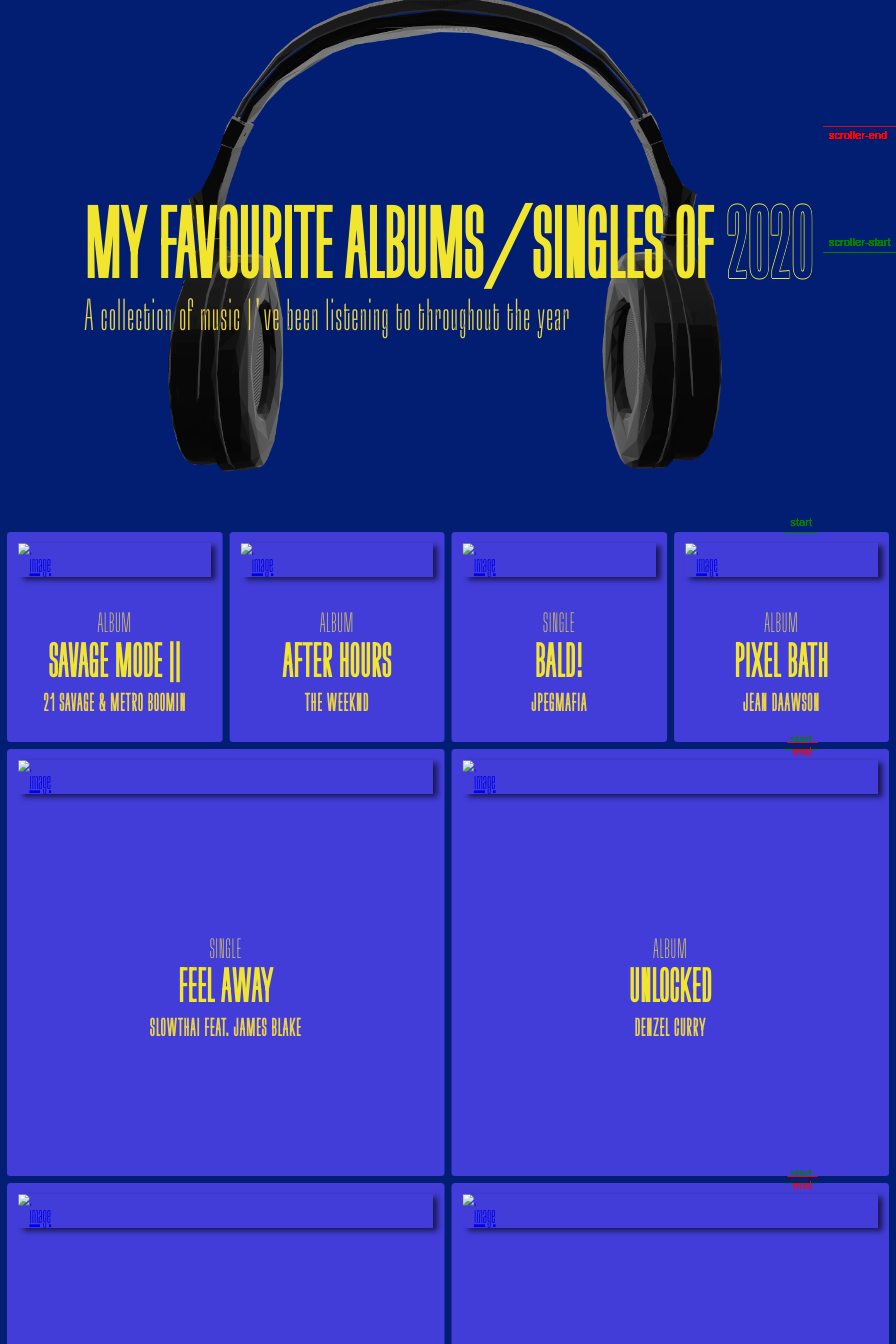
Repository: Spreceriany/musicly2020
Page: /
The author's editor kept a copy of each file at every save. The page is drawn from the files as they stood at one save, then again after the next save.
The browser window is 1280 px wide. The pictures show the part of the page from y = 0 to 1920 px (the page is 6056 px tall before and 6055 px after), at 70% of full size.
Backgrounds fixed to the window are drawn as part of the page. Some web libraries are served in a nearby version. The project was rebuilt for these pictures with package versions that can differ from the ones it lists, and the page was loaded fresh each time.

Above is the page before, as saved 2021-01-18 15:43:56.
Console error: ReferenceError: Blazy is not defined

### index.html
<!doctype html>
<html class="no-js" lang="">

<head>
  <meta charset="utf-8">
  <title></title>
  <meta name="description" content="">
  <meta name="viewport" content="width=device-width, initial-scale=1">

  <meta property="og:title" content="">
  <meta property="og:type" content="">
  <meta property="og:url" content="">
  <meta property="og:image" content="">

  <link rel="manifest" href="site.webmanifest">
  <link rel="apple-touch-icon" href="icon.png">
  <!-- Place favicon.ico in the root directory -->

  <link rel="stylesheet" href="css/main.css">

  <meta name="theme-color" content="#fafafa">
</head>

<body>

  <div class="intro-wrapper">
    <div class="intro-bg" id="intro-bg">

    </div>
    <h3 id="title">
      My favourite albums/singles of <span class="year">2020</span>
    </h3>
    <p id="title-desc">
      A collection of music I've been listening to throughout the year
    </p>
  </div>

  <div class="grid-layout">
    <div class="grid-item grid-item-1">
      <div class="image-container  data-tilt data-tilt-glare data-tilt-max-glare="0.8"">

        <a href="https://open.spotify.com/album/6wTyGUWGCilBFZ837k5aRi">
          <img data-src="img/21savage.jpg" class="b-lazy" alt="image">
        </a>
      </div>
      <div class="album-disc">
        <a href="https://open.spotify.com/album/6wTyGUWGCilBFZ837k5aRi">
          <p>Album</p>
          <h2>Savage Mode ||</h2>
          <h3>21 Savage & Metro Boomin</h3>
        </a>
      </div>
    </div>
    <div class="grid-item grid-item-2 ">
      <div class="image-container data-tilt-glare ">
        <a href="https://open.spotify.com/album/4yP0hdKOZPNshxUOjY0cZj">
        <img data-src="img/Weekend-After-Hours-p.jpg" alt="image" class="b-lazy">
      </a>
      </div>
      <div class="album-disc">
        <a href="https://open.spotify.com/album/4yP0hdKOZPNshxUOjY0cZj">
        <p>Album</p>
        <h2>After Hours</h2>
        <h3>The Weeknd</h3>
      </a>
      </div>
    </div>

    <div class="grid-item grid-item-4">
      <div class="image-container">
        <a href="https://open.spotify.com/album/7h4cJfXQZMUCzHdqh25ye6?highlight=spotify:track:5QAUGlyYPPnis3e8ln0qiz">
        <img data-src="img/jpegmafia.jpg" class="b-lazy"  alt="image" >
      </a>
      </div>
      <div class="album-disc">
        <a href="https://open.spotify.com/album/7h4cJfXQZMUCzHdqh25ye6?highlight=spotify:track:5QAUGlyYPPnis3e8ln0qiz">
        <p>Single</p>
        <h2>BALD!</h2>
        <h3>JPEGMAFIA</h3>
        </a>
      </div>
    </div>
    <div class="grid-item span-2 grid-item-5">
      <div class="image-container">
        <a href="https://open.spotify.com/album/3dkB97Zw0sisRWTn0Wokjg?highlight=spotify:track:20wMPnqHdNdBWaKRaMM7fD">
        <img data-src="img/slowthai-feel-away.jpg" class="b-lazy" alt="image" >
      </a>
      </div>
      <div class="album-disc">
        <a href="https://open.spotify.com/album/3dkB97Zw0sisRWTn0Wokjg?highlight=spotify:track:20wMPnqHdNdBWaKRaMM7fD">
        <p>Single</p>
        <h2>Feel Away</h2>
        <h3>Slowthai feat. James Blake</h3>
      </a>
      </div>
    </div>
    <div class="grid-item grid-item-6">
      <div class="image-container">
        <a href="https://open.spotify.com/album/121Hqnfr9tMBdL0LJuIstL">
        <img data-src="img/dawson.jpg" class="b-lazy"  alt="image" >
      </a>
      </div>
      <div class="album-disc">
        <a href="https://open.spotify.com/album/121Hqnfr9tMBdL0LJuIstL">
        <p>Album</p>
        <h2>Pixel Bath</h2>
        <h3>Jean Daawson</h3>
      </a>
      </div>
    </div>
    <div class="grid-item span-2 grid-item-7">
      <div class="image-container">
        <a href="https://open.spotify.com/album/5LsyqeWryTmxsmda4xkm5a">
        <img data-src="img/denzel.jpg" class="b-lazy"  alt="image" >
      </a>
      </div>
      <div class="album-disc">
        <a href="https://open.spotify.com/album/5LsyqeWryTmxsmda4xkm5a">
        <p>Album</p>
        <h2>UNLOCKED</h2>
        <h3>Denzel Curry</h3>
      </a>
      </div>
    </div>
    <div class="grid-item span-2 grid-item-8">
      <div class="image-container">
        <a href="https://open.spotify.com/album/1YZ3k65Mqw3G8FzYlW1mmp">
        <img data-src="img/circles.jpeg" class="b-lazy" alt="image" >
      </a>
      </div>
      <div class="album-disc">
        <a href="https://open.spotify.com/album/1YZ3k65Mqw3G8FzYlW1mmp">
        <p>Album</p>
        <h2>Circles</h2>
        <h3>Mac Miller</h3>
      </a>
      </div>
    </div>
    <div class="grid-item span-2 grid-item-9">

      <div class="image-container">
        <a href="https://open.spotify.com/album/31qVWUdRrlb8thMvts0yYL">
        <img data-src="img/tame_impala.jpg" class="b-lazy" alt="image" >
      </a>
      </div>
      <div class="album-disc">
        <a href="https://open.spotify.com/album/31qVWUdRrlb8thMvts0yYL">
        <p>Album</p>
        <h2>Slow Rush</h2>
        <h3>Tame Impala</h3>
      </a>
      </div>
    </div>
    <div class="grid-item grid-item-10">

      <div class="image-container">
        <a href="https://open.spotify.com/album/3SucuvOplRzjCm602c5XuK">
         <img data-src="img/berwyn.jpg" class="b-lazy" alt="image" >
        </a>
      </div>
      <div class="album-disc">
        <a href="https://open.spotify.com/album/3SucuvOplRzjCm602c5XuK">
        <p>Album</p>
        <h2>Demotape/Vega</h2>
        <h3>Berwyn</h3>
      </a>
      </div>

    </div>
    <div class="grid-item grid-item-11 span-2">
      <div class="image-container">
        <a href="https://open.spotify.com/album/66eXLlqksAwNndmHaHWtCq">
        <img data-src="img/clams_casino.jpg" class="b-lazy" alt="image" >
      </a>
      </div>
      <div class="album-disc">
        <a href="https://open.spotify.com/album/66eXLlqksAwNndmHaHWtCq">
        <p>Album</p>
        <h2>Intrumental Relics</h2>
        <h3>Clams Casino</h3>
      </a>
      </div>
    </div>
    <div class="grid-item span-2 grid-item-12">
      <div class="image-container">
        <a href="https://open.spotify.com/album/5I9K0u8r52jp4Y2bF8mOaz">
        <img data-src="img/gorillaz.jpg" class="b-lazy" alt="image" >
      </a>
      </div>
      <div class="album-disc">
        <a href="https://open.spotify.com/album/5I9K0u8r52jp4Y2bF8mOaz">
        <p>Album</p>
        <h2>Song Machine, Season One: Strange Timez</h2>
        <h3>Gorillaz</h3>
      </a>
      </div>
    </div>
    <div class="grid-item  grid-item-13">
      <div class="image-container">
        <a href="https://open.spotify.com/album/4XPUXLAWXqM3uWMTucItjd?highlight=spotify:track:62ljuuXo0zrcrtJnnOhfxT">
        <img data-src="img/dearapril.jpg" class="b-lazy" alt="image" >
      </a>
      </div>
      <div class="album-disc">
        <a href="https://open.spotify.com/album/4XPUXLAWXqM3uWMTucItjd?highlight=spotify:track:62ljuuXo0zrcrtJnnOhfxT">
        <p>Single</p>
        <h2>Dear April</h2>
        <h3>Frank Ocean</h3>
      </a>
      </div>
    </div>
    <div class="grid-item grid-item-14">
      <div class="image-container">
        <a href="https://open.spotify.com/album/0FAWfXvd58Rm2VUSZMF8pr">
        <img data-src="img/frank_cayendo.jpg" class="b-lazy"  alt="image" >
      </a>
      </div>
      <div class="album-disc">
        <a href="https://open.spotify.com/album/0FAWfXvd58Rm2VUSZMF8pr">
        <p>Single</p>
        <h2>Cayendo</h2>
        <h3>Frank Ocean</h3>
      </a>
      </div>
    </div>
    <div class="grid-item grid-item-15">
      <div class="image-container">
        <a href="https://open.spotify.com/album/7ks5r98qyspJvfoJtXgdj4?highlight=spotify:track:2nSKol7UyxwffI6jLYTuUd">
        <img data-src="img/guapdad.png" class="b-lazy" alt="image" >
      </a>
      </div>
      <div class="album-disc">
        <a href="https://open.spotify.com/album/7ks5r98qyspJvfoJtXgdj4?highlight=spotify:track:2nSKol7UyxwffI6jLYTuUd">
        <p>Single</p>
        <h2>Lil Scammer That Could</h2>
        <h3>Guapdad 4000 feat. Denzel Curry</h3>
      </a>
      </div>
    </div>
    <div class="grid-item grid-item-16">
      <div class="image-container">
        <a href="https://open.spotify.com/album/5971dUyMLcsZa7IBioI7lP?highlight=spotify:track:1iUWofqtdh9FLzZooLBDw2">
        <img data-src="img/headie.jpg" class="b-lazy" alt="image" >
      </a>
      </div>
      <div class="album-disc">
        <a href="https://open.spotify.com/album/5971dUyMLcsZa7IBioI7lP?highlight=spotify:track:1iUWofqtdh9FLzZooLBDw2">
        <p>Album</p>
        <h2>GANG</h2>
        <h3>Headie One</h3>
      </a>
      </div>
    </div>
    <div class="grid-item span-3 grid-item-17">
      <div class="image-container">
        <a href="https://open.spotify.com/album/7saSlN9qdW5wKoN4M9nNRq">
        <img data-src="img/james-blake.jpg" class="b-lazy" alt="image" >
      </a>
      </div>
      <div class="album-disc">
        <a href="https://open.spotify.com/album/7saSlN9qdW5wKoN4M9nNRq">
        <p>Ep</p>
        <h2>Covers</h2>
        <h3>James Blake</h3>
      </a>
      </div>
    </div>
    <div class="grid-item grid-item-18">
      <div class="image-container">
        <a href="https://open.spotify.com/album/5o5xRlwkhpipPC0jGi2Sm2">
        <img data-src="img/jme.jpg" class="b-lazy" alt="image" >
      </a>
      </div>
      <div class="album-disc">
        <a href="https://open.spotify.com/album/5o5xRlwkhpipPC0jGi2Sm2">
        <p>Album</p>
        <h2>Grime MC</h2>
        <h3>JME</h3>
      </a>
      </div>
    </div>
    <div class="grid-item grid-item-19">
      <div class="image-container">
        <a href="">
        <img data-src="img/lute.jpg" class="b-lazy" alt="image" >
      </a>
      </div>
      <div class="album-disc">
        <a href="">
        <p>Single</p>
        <h2>Life</h2>
        <h3>Lute</h3>
      </a>
      </div>
    </div>

    <div class="grid-item  grid-item-21">
      <div class="image-container">
        <a href="https://open.spotify.com/album/4SnWrk06dIt4ynFRLpNX6e">
        <img data-src="img/mick.png" class="b-lazy" alt="image" >
      </a>
      </div>
      <div class="album-disc">
        <a href="https://open.spotify.com/album/4SnWrk06dIt4ynFRLpNX6e">
        <p>Album</p>
        <h2>The Circus</h2>
        <h3>Mick Jenkins</h3>
      </a>
      </div>

    </div>
    <div class="grid-item span-2 grid-item-20">
      <div class="image-container">
        <a href="https://open.spotify.com/album/6a8GwYiEMrXgMvZBvuBXrt">
        <img data-src="img/limbo_amine.jpg" class="b-lazy" alt="image" >
      </a>
      </div>
      <div class="album-disc">
        <a href="https://open.spotify.com/album/6a8GwYiEMrXgMvZBvuBXrt">
        <p>Album</p>
        <h2>Limbo</h2>
        <h3>Amine</h3>
      </a>
      </div>
    </div>
    <div class="grid-item span-2 grid-item-22">
      <div class="image-container">
        <a href="https://open.spotify.com/album/35CHoLB0GEwYlOomriifC6">
        <img data-src="img/moses.jpg" class="b-lazy" alt="image" >
      </a>
      </div>
      <div class="album-disc">
        <a href="https://open.spotify.com/album/35CHoLB0GEwYlOomriifC6">
        <p>Album</p>
        <h2>grae</h2>
        <h3>Moses Sumney</h3>
      </a>
      </div>
    </div>
    <div class="grid-item grid-item-23">
      <div class="image-container">
        <a href="">
        <img data-src="img/mustafa.png" class="b-lazy" alt="image" >
      </a>
      </div>
      <div class="album-disc">
        <a href="">
        <p>Single</p>
        <h2>Air Forces</h2>
        <h3>Mustafa</h3>
      </a>
      </div>
    </div>
    <div class="grid-item grid-item-24">
      <div class="image-container">
        <a href="">
        <img data-src="img/platinum falcon.jpg" class="b-lazy" alt="image" >
      </a>
      </div>
      <div class="album-disc">
        <a href="">
        <p>Album</p>
        <h2>Platinum Falcon</h2>
        <h3>Guapdad 4000</h3>
      </a>
      </div>
    </div>
    <div class="grid-item span-2 grid-item-25">
      <div class="image-container">
        <a href="">
        <img data-src="img/motm3.jpg" class="b-lazy" alt="image" >
      </a>
      </div>
      <div class="album-disc">
        <a href="">
        <p>Album</p>
        <h2>Man on the Moon 3</h2>
        <h3>Kid Cudi</h3>
      </a>
      </div>
    </div>
    <div class="grid-item  grid-item-26">
      <div class="image-container">
        <a href="">
        <img data-src="img/yung_lean.png" class="b-lazy"   alt="image" >
      </a>
      </div>
      <div class="album-disc">
        <a href="">
        <p>Album</p>
        <h2>Starz</h2>
        <h3>Yung Lean</h3>
      </a>
      </div>
    </div>
    <div class="grid-item  grid-item-26">
      <div class="image-container">
        <a href="">
        <img data-src="img/tobi.jpg" class="b-lazy"  alt="image" >
      </a>
      </div>
      <div class="album-disc">
        <a href="">
        <p>EP</p>
        <h2>LINGO STARR</h2>
        <h3>tobi lou</h3>
      </a>
      </div>
    </div>
    <div class="grid-item  grid-item-26">
      <div class="image-container">
        <a href="">
        <img data-src="img/whiterose.jpg" class="b-lazy"  alt="image" >
      </a>
      </div>
      <div class="album-disc">
        <a href="">
        <p>Album</p>
        <h2>white ceiling</h2>
        <h3>whiterosemoxie</h3>
      </a>
      </div>
    </div>
    <div class="grid-item span-2 grid-item-26">
      <div class="image-container">
        <a href="">
        <img data-src="img/spiligion.png" class="b-lazy" alt="image" >
      </a>
      </div>
      <div class="album-disc">
        <a href="">
        <p>Album</p>
        <h2>Spligion</h2>
        <h3>Spillage Village</h3>
      </a>
      </div>
    </div>
    <div class="grid-item  grid-item-26">
      <div class="image-container">
        <a href="">
        <img data-src="img/kota.jpg" class="b-lazy" alt="image" >
      </a>
      </div>
      <div class="album-disc">
        <a href="">
        <p>Album</p>
        <h2>EVERYTHING</h2>
        <h3>Kota the Friend</h3>
      </a>
      </div>
    </div>
    <div class="grid-item  grid-item-26">
      <div class="image-container">
        <a href="">
        <img data-src="img/rapper-weed.jpg" class="b-lazy" alt="image" >
      </a>
      </div>
      <div class="album-disc">
        <a href="">
        <p>Single</p>
        <h2>Rapper Weed</h2>
        <h3>SiR</h3>
      </a>
      </div>
    </div>
    <div class="grid-item span-2 grid-item-27">
      <div class="image-container">
        <a href="">
        <img data-src="img/strokes.jpg" class="b-lazy"  alt="image" >
      </a>
      </div>
      <div class="album-disc">
        <a href="">
        <p>Album</p>
        <h2>The New Abnormal</h2>
        <h3>The Strokes</h3>
      </a>
      </div>
    </div>



  </div>




  <script src="js/vendor/modernizr-3.11.2.min.js"></script>
  <script src="js/plugins.js"></script>
  <script async src="js/main.js"></script>
  <script src="js/blazy.js"></script>
  <script src="https://cdnjs.cloudflare.com/ajax/libs/gsap/3.6.0/gsap.min.js"></script>
  <script src="https://cdnjs.cloudflare.com/ajax/libs/gsap/3.6.0/ScrollTrigger.min.js"></script>
  <script src="js/vanilla-tilt.min.js"></script>
  <!-- Google Analytics: change UA-XXXXX-Y to be your site's ID. -->
  <script>
    var blazy = new Blazy({
      offset:100
    });
  </script>

  <script type="text/javascript">
    if (window.innerWidth > 996) {
      VanillaTilt.init(document.querySelectorAll(".image-container"), {
      max: 10,
      speed: 700,
      glare:true,
      gyroscope:false,


      "max-glare":.6,
    });

    //It also supports NodeList
    VanillaTilt.init(document.querySelectorAll(".image-container"));
      }

  </script>



  <script src="https://www.google-analytics.com/analytics.js" async></script>
</body>

</html>

### css/main.css
@font-face {
  font-family: "Gt Flexa";
  src: url("../css/GT Flexa Regular.ttf");
}

* {
  -webkit-box-sizing: border-box;
          box-sizing: border-box;
  padding: 0;
  margin: 0;
}

body {
  font-family: "GT Flexa", "Segoe UI", Tahoma, Geneva, Verdana, sans-serif;
  -webkit-font-smoothing: antialiased;
  -moz-osx-font-smoothing: grayscale;
  font-display: swap;
}

.grid-layout {
  display: -ms-grid;
  display: grid;
  -ms-grid-columns: (minmax(300px, 1fr))[auto-fill];
      grid-template-columns: repeat(auto-fill, minmax(300px, 1fr));
  grid-gap: 10px;
  grid-auto-rows: minmax(300px, auto);
  grid-auto-flow: dense;
  padding: 10px;
  background-color: #021e73;
}

.grid-item {
  display: -ms-grid;
  display: grid;
  padding: 1rem;
  opacity: 0;
  font-size: 40px;
  -webkit-box-align: stretch;
      -ms-flex-align: stretch;
          align-items: stretch;
  justify-items: center;
  background-color: #423dd9;
  height: 100%;
  -webkit-transform: translateY(30px);
          transform: translateY(30px);
  color: #929796;
  border-radius: 5px;
}

.grid-item h2 {
  color: #f2e52e;
  text-transform: uppercase;
  letter-spacing: 2px;
  margin-top: -12px;
  font-size: 4.2rem;
}

.grid-item h3 {
  color: #e9d249;
  text-transform: uppercase;
  letter-spacing: 2px;
  font-size: 2.2rem;
  font-weight: 700;
}

.grid-item p {
  text-transform: uppercase;
  letter-spacing: 1px;
  color: #cabc69;
}

.grid-item:hover .image-container img {
  -webkit-transform: scale(1.02);
          transform: scale(1.02);
  -webkit-box-shadow: 5px 3px 30px 9px #000000;
  box-shadow: 0px 14px 43px 6px #000000;
}

.grid-item:hover .album-disc {
  -webkit-transform: scale(0.9);
          transform: scale(0.9);
  opacity: 0.8;
}

.span-2 {
  -ms-grid-column-span: 2;
      grid-column-end: span 2;
  -ms-grid-row-span: 2;
      grid-row-end: span 2;
}

@media (max-width: 646px) {
  .grid-layout {
    -ms-grid-columns: 1fr;
        grid-template-columns: 1fr;
  }
  .span-2 {
    grid-column-end: auto;
    grid-row-end: auto;
  }
}

img {
  width: 100%;
  height: auto;
}

.image-container {
  width: 100%;
  display: table;
}

.image-container a {
  display: -webkit-box;
  display: -ms-flexbox;
  display: flex;
}

.image-container img {
  -o-object-fit: cover;
     object-fit: cover;
  -webkit-box-shadow: 7px 4px 8px 0px rgba(0, 0, 0, 0.63);
  box-shadow: 7px 4px 8px 0px rgba(0, 0, 0, 0.63);
  -webkit-transition: -webkit-transform 0.7s ease, -webkit-box-shadow 0.7s ease;
  transition: -webkit-transform 0.7s ease, -webkit-box-shadow 0.7s ease;
  transition: transform 0.7s ease, box-shadow 0.7s ease;
  transition: transform 0.7s ease, box-shadow 0.7s ease, -webkit-transform 0.7s ease, -webkit-box-shadow 0.7s ease;
}

.album-disc {
  width: 100%;
  position: relative;
  display: -webkit-box;
  display: -ms-flexbox;
  display: flex;
  -webkit-box-orient: vertical;
  -webkit-box-direction: normal;
      -ms-flex-direction: column;
          flex-direction: column;
  -webkit-box-align: center;
      -ms-flex-align: center;
          align-items: center;
  -webkit-transition: opacity 0.7s ease, -webkit-transform 0.7s ease;
  transition: opacity 0.7s ease, -webkit-transform 0.7s ease;
  transition: opacity 0.7s ease, transform 0.7s ease;
  transition: opacity 0.7s ease, transform 0.7s ease, -webkit-transform 0.7s ease;
  margin-top: 15px;
}

.album-disc a {
  -ms-flex-item-align: center;
      -ms-grid-row-align: center;
      align-self: center;
  text-decoration: none;
  text-align: center;
  position: relative;
}

.intro-wrapper {
  width: 100%;
  min-height: 100vh;
  background-color: #021e73;
  display: -ms-grid;
  display: grid;
  z-index: 10;
  padding: 40px;
  background-position: 60% center;
  place-content: center;
  position: relative;
}

@media only screen and (max-width: 996px) {
  .intro-wrapper .intro-wrapper {
    background-position: left;
  }
}

.intro-wrapper h3 {
  opacity: 0;
  font-weight: 700;
  text-transform: uppercase;
  color: #f2e52e;
  letter-spacing: 3px;
  font-size: max(11vw, 5rem);
}

@media (max-width: 556px) {
  .intro-wrapper h3,
  .intro-wrapper p {
    line-height: 94%;
  }
}

.intro-wrapper p {
  font-size: max(5vw, 3rem);
  color: #e9d249;
  letter-spacing: 2px;
  line-height: 45px;
  opacity: 0;
}

.intro-wrapper .intro-bg {
  position: absolute;
  width: 100%;
  height: 100%;
  background-image: url("../img/sluchatka5.png");
  background-size: cover;
  background-repeat: no-repeat;
  background-position: center;
  background-attachment: fixed;
  z-index: -1;
  opacity: 0;
}

@media only screen and (max-width: 996px) {
  .intro-wrapper .intro-bg {
    background-position: left;
  }
}

.year {
  color: #021e73;
  text-shadow: 1px 0 0 #f2e52e, 0 1px 0 #f2e52e, -1px 0 0 #f2e52e, 0 -1px 0 #f2e52e;
}
/*# sourceMappingURL=main.css.map */

### js/plugins.js
// Avoid `console` errors in browsers that lack a console.
(function() {
  var method;
  var noop = function () {};
  var methods = [
    'assert', 'clear', 'count', 'debug', 'dir', 'dirxml', 'error',
    'exception', 'group', 'groupCollapsed', 'groupEnd', 'info', 'log',
    'markTimeline', 'profile', 'profileEnd', 'table', 'time', 'timeEnd',
    'timeline', 'timelineEnd', 'timeStamp', 'trace', 'warn'
  ];
  var length = methods.length;
  var console = (window.console = window.console || {});

  while (length--) {
    method = methods[length];

    // Only stub undefined methods.
    if (!console[method]) {
      console[method] = noop;
    }
  }
}());

// Place any jQuery/helper plugins in here.

### js/main.js
const timeline = gsap.timeline({ defaults: { duration: 1 } });
gsap.registerPlugin(ScrollTrigger);

ScrollTrigger.batch(".grid-item", {
  start: "top 50%",
  end:"bottom 25%",
  markers:true,
  onEnter: (batch) =>
    gsap.to(batch,
        { opacity: 1,
          stagger: 0.3,
        }),
  onLeaveBack: (batch) => gsap.to(batch, { opacity: 0, stagger: 0.3 }),
});

timeline
  .to("#intro-bg", { scale: 1, opacity: 1, duration: 1.5 })
  .to("#title", { opacity: 1 })
  .to("#title-desc", { opacity: 1 });

Loaded but not shown: js/vendor/modernizr-3.11.2.min.js (library); js/vanilla-tilt.min.js (library); js/blazy.js (370 lines, source omitted)

After the next save:
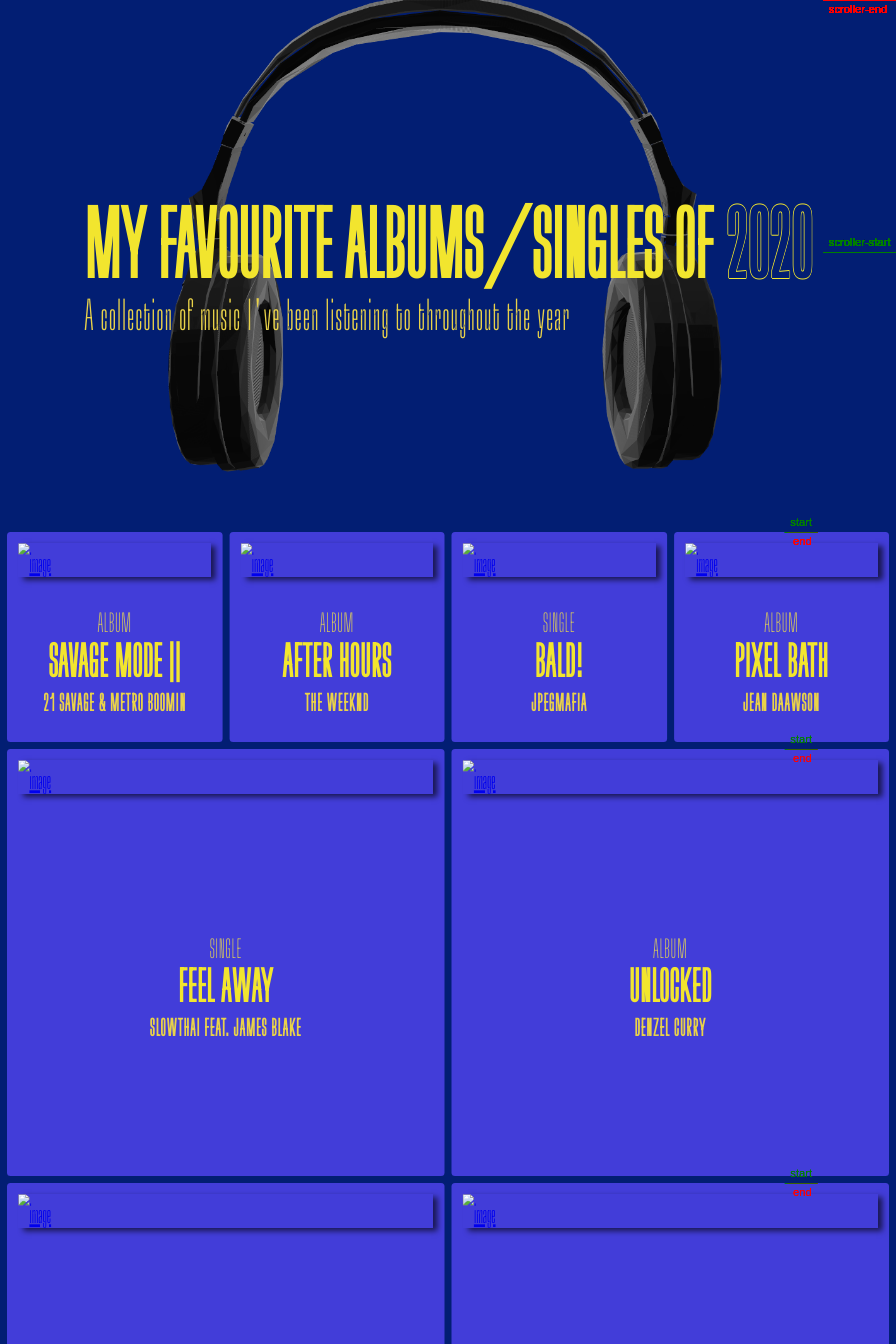
Saved 112 s later.
--- a/js/main.js
+++ b/js/main.js
@@ -3,7 +3,7 @@
 
 ScrollTrigger.batch(".grid-item", {
   start: "top 50%",
-  end:"bottom 25%",
+  end:"top 0%",
   markers:true,
   onEnter: (batch) =>
     gsap.to(batch,
